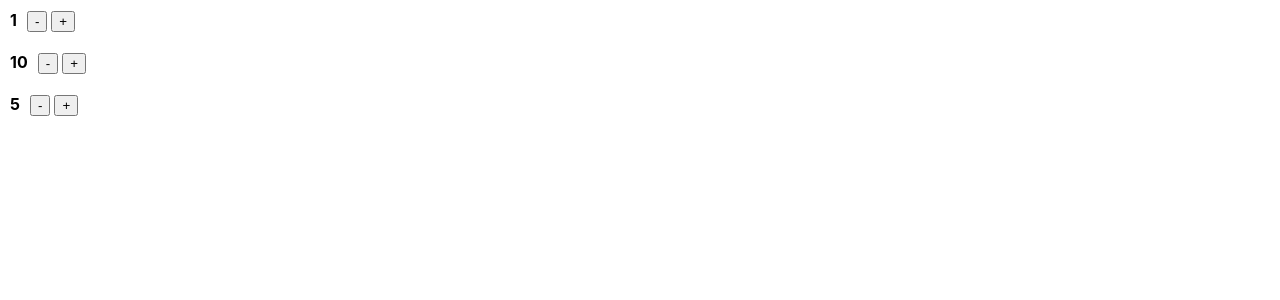
Repository: donalddoe/react_quiz
Page: /
The author's editor kept a copy of each file at every save. The page is drawn from the files as they stood at one save, then again after a run of saves.
The browser window is 1280 px wide. The pictures show the whole page.
The project was rebuilt for these pictures with package versions that can differ from the ones it lists, and the page was loaded fresh each time.

Above is the page before, as saved 2020-08-28 16:20:42.

### src/index.css
body {
  margin: 0;
  font-family: -apple-system, BlinkMacSystemFont, "Segoe UI", "Roboto", "Oxygen",
    "Ubuntu", "Cantarell", "Fira Sans", "Droid Sans", "Helvetica Neue",
    sans-serif;
  -webkit-font-smoothing: antialiased;
  -moz-osx-font-smoothing: grayscale;
}

code {
  font-family: source-code-pro, Menlo, Monaco, Consolas, "Courier New",
    monospace;
}

p {
  margin-bottom: 1rem;
}
.counter {
  padding: 10px;
}

.counter-controls {
  display: inline-block;
  margin-left: 10px;
}

button {
  margin-right: 4px;
}

ol.instructions {
  list-style-type: decimal;
  margin-left: 1rem;
  margin-top: 0.5rem;
}

li {
  margin-bottom: 1rem;
}

ol {
  margin-top: 0.5rem;
  margin-left: 2.5rem;
  list-style-type: decimal;
}

### src/App.js
import React, { Component } from 'react';


// list the three data counters
const data = [
  { id: 1, value: 1 },
  { id: 2, value: 10 },
  { id: 3, value: 5 },
];

// Components counters
class Counter extends Component {
  onIncrement = e => {
    this.props.onIncrement(1);
  };

  onDecrement = () => {
    this.props.onIncrement(-1);
  };
  render() {
    const { value } = this.props;
    return (
      <div className="counter">
        <b>{value}</b>
        <div className="counter-controls">
          <button className="button is-danger is-small" onClick={this.onDecrement} >-</button>
          <button className="button is-success is-small" onClick={this.onIncrement} >+</button>
        </div>
      </div>
    );
  }
}

class App extends Component {
  constructor(props, context) {
    super(props, context);


    // Globally data array
    this.state = {
      data: [...data]
    }
  }

  onIncrement = (counter, increment) => {
    const newValue = counter.value + increment;
    this.setState({
      data: data.map(item => {
        item.value = item.id === counter.id ? newValue : item.value;
        return item;
      })
    });
  };

  render() {
    return (
      <div>
        {data.map((counter) => (
          <Counter key={counter.id} value={counter.value}
            onIncrement={this.onIncrement.bind(this, counter)} />
        ))}
      </div>
    );
  }
}

export default App;

Loaded but not shown: public/index.html (common file); src/index.js (common file); src/serviceWorker.js (common file)

After the next 3 saves:
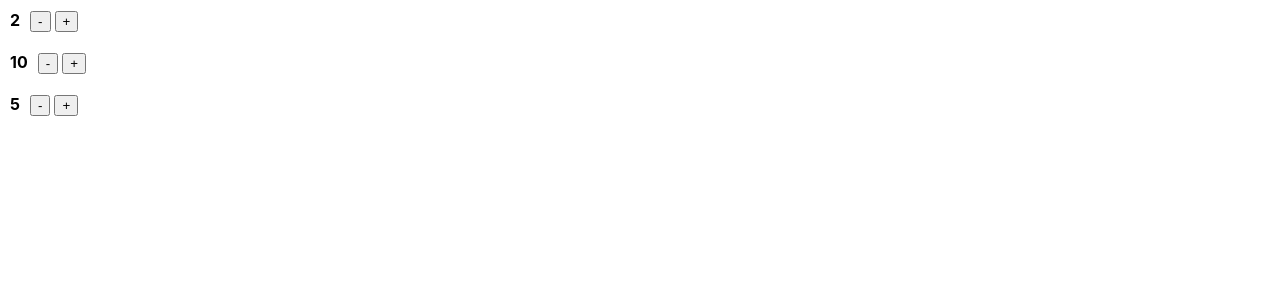
The 3 saves are shown as one change because they came seconds apart.
The last was saved 20 s later.
--- a/src/App.js
+++ b/src/App.js
@@ -3,7 +3,7 @@ import React, { Component } from 'react';
 
 // list the three data counters
 const data = [
-  { id: 1, value: 1 },
+  { id: 1, value: 2 },
   { id: 2, value: 10 },
   { id: 3, value: 5 },
 ];
